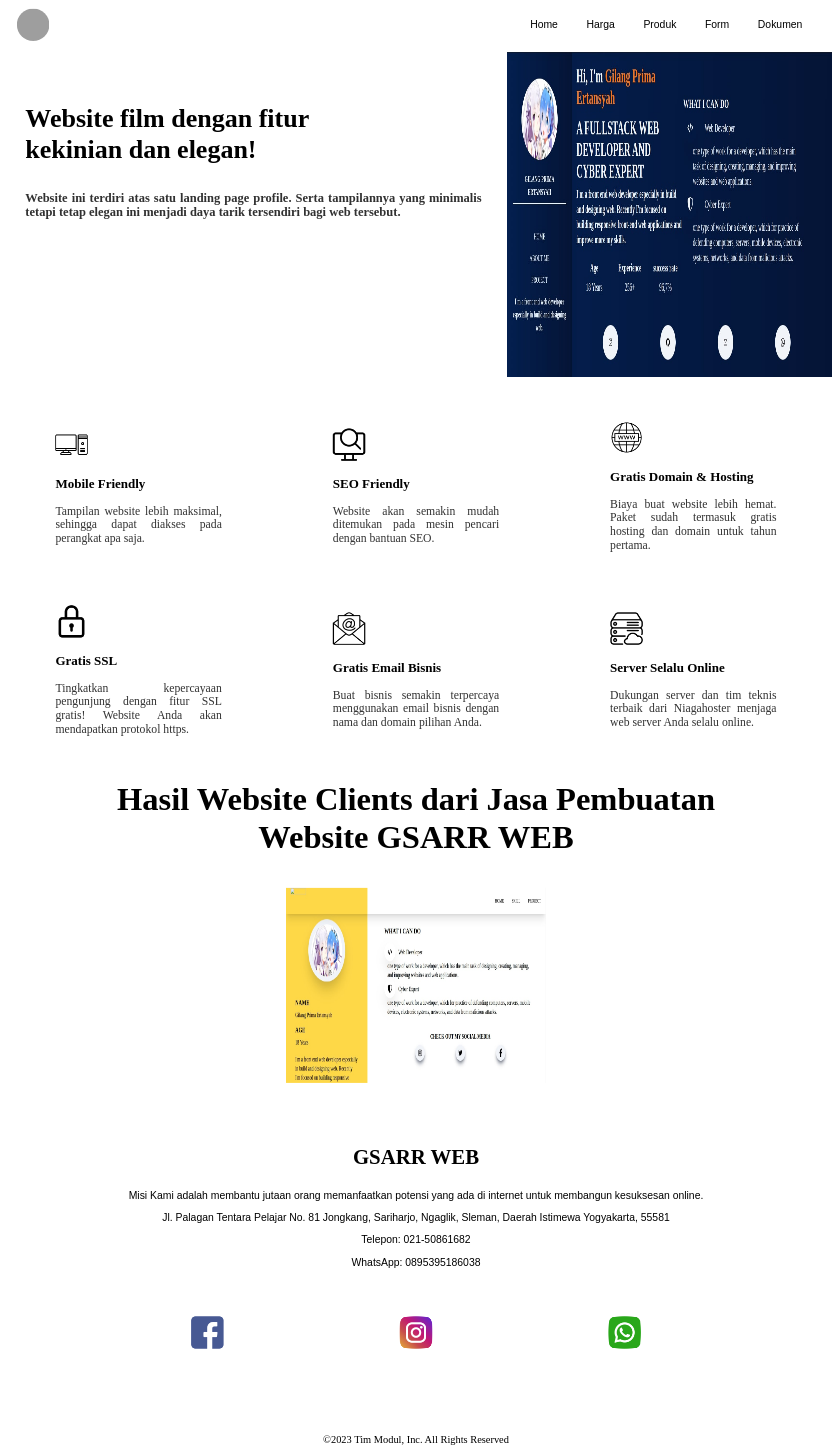
Repository: zecht12/TimModul
Page: JenisWeb/Web6.html
The author's editor kept a copy of each file at every save. The page is drawn from the files as they stood at one save, then again after the next save.
The browser window is 1280 px wide. The pictures show the whole page, at 65% of full size.
Pictures or frames that could not be fetched are drawn as grey boxes.

Above is the page before, as saved 2023-04-26 15:19:46.

After the next save:
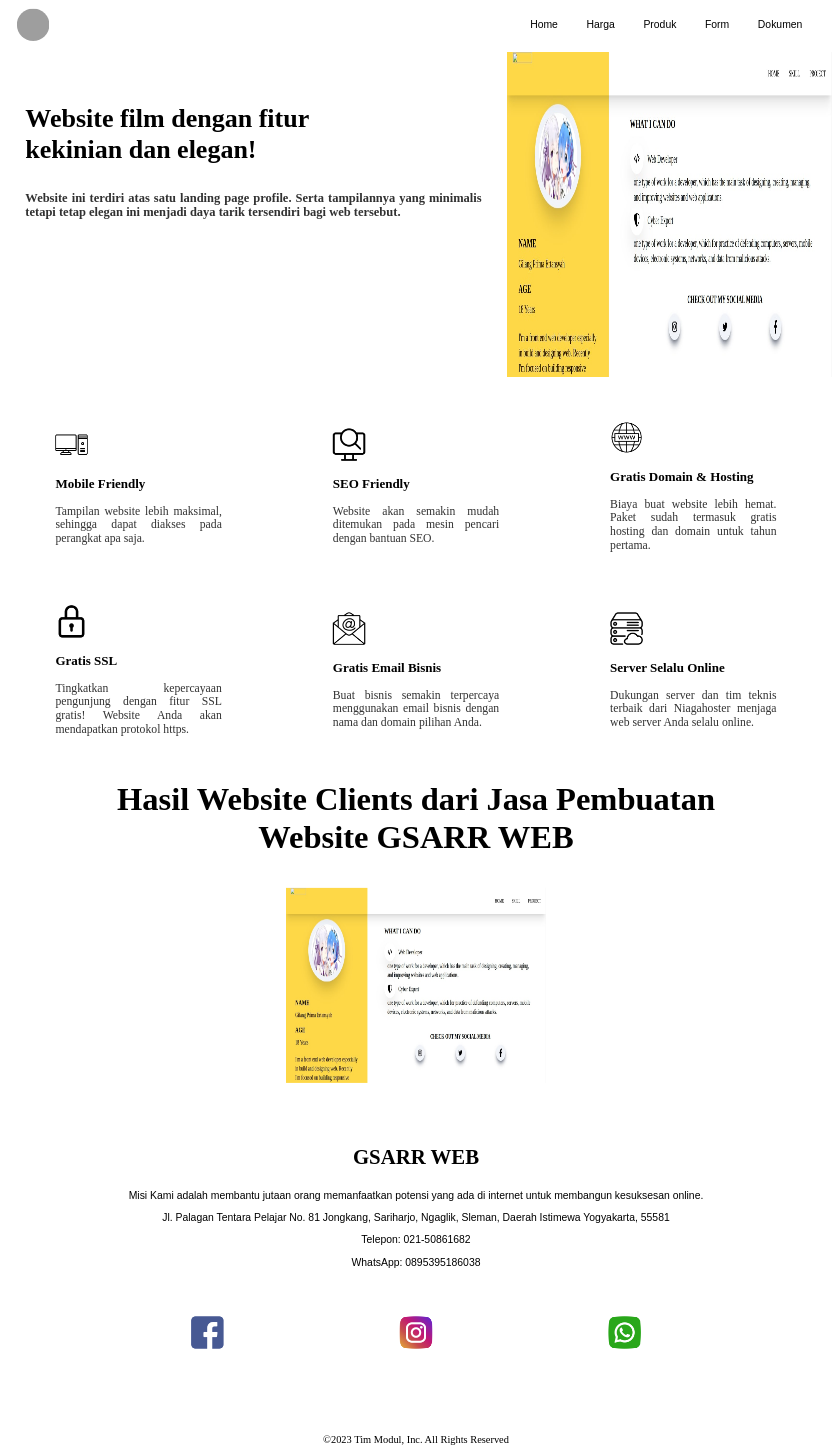
Saved 8 s later.
--- a/JenisWeb/Web6.html
+++ b/JenisWeb/Web6.html
@@ -32,7 +32,7 @@
                 </div>
             </div>
             <div>
-                <img src="../assets/web4.jpg" alt="logo" width="500px" height="500px">
+                <img src="../assets/web5.jpg" alt="logo" width="500px" height="500px">
             </div>
         </div>
         <div style="display: flex; justify-content: space-around; align-items: center; padding-top: 5%;">
